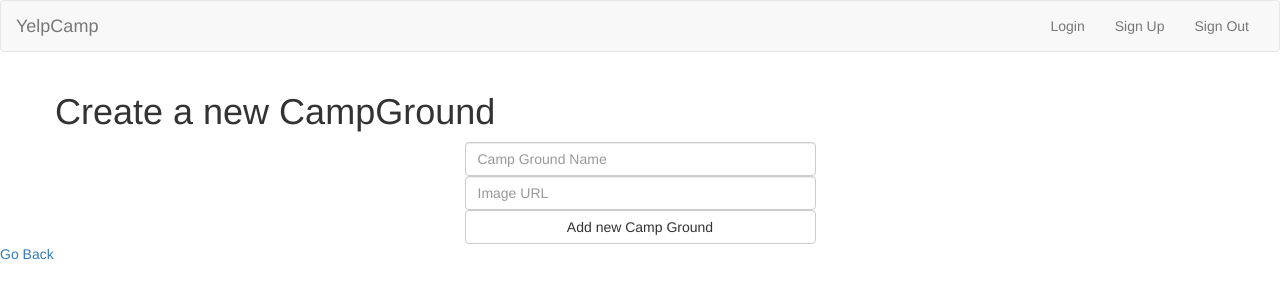
Repository: KMurphs/Tutorials
Page: YelpCamp/v1/views/newcampground.ejs
The author's editor kept a record of every edit. The page is drawn from the files as they stood at one moment, then again after the next edit.
The browser window is 1280 px wide. The pictures show the whole page.
The page is served by the project's Node server (YelpCamp/vtemplate/app.js). The template is opened directly, without the code that normally fills it, so the values that code supplies are empty.

Above is the page before.

After the next edit:
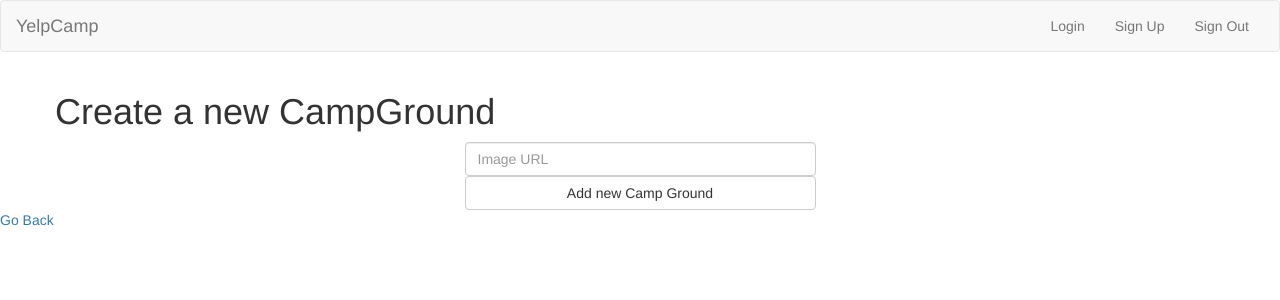
The edit:
--- a/Web Development/Udemy - Boot Camp/Code/code/webdevebootcamp - backend/workspace/YelpCamp/v1/views/newcampground.ejs
+++ b/Web Development/Udemy - Boot Camp/Code/code/webdevebootcamp - backend/workspace/YelpCamp/v1/views/newcampground.ejs
@@ -16,7 +16,7 @@
 				<div class='from-group'>
 
 				</div>
-				<input class='form-control' type="text" name="name" placeholder="Camp Ground Name">
+
 				<input class='form-control'type="text" name="image" placeholder="Image URL">
 				<button class='btn btn-large btn-default btn-block'>Add new Camp Ground</button>
 			</form>

After the edit that followed:
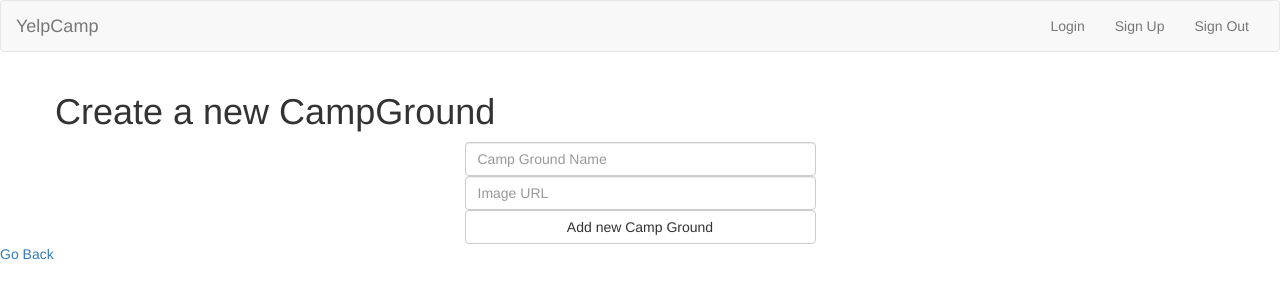
The edit:
--- a/Web Development/Udemy - Boot Camp/Code/code/webdevebootcamp - backend/workspace/YelpCamp/v1/views/newcampground.ejs
+++ b/Web Development/Udemy - Boot Camp/Code/code/webdevebootcamp - backend/workspace/YelpCamp/v1/views/newcampground.ejs
@@ -8,7 +8,7 @@
 		<div style='width: 30%; margin: 0 auto;'>
 			<form method="POST" action="/campgrounds" >
 				<div class='from-group'>
-
+					<input class='form-control' type="text" name="name" placeholder="Camp Ground Name">
 				</div>
 				<div class='from-group'>
 
